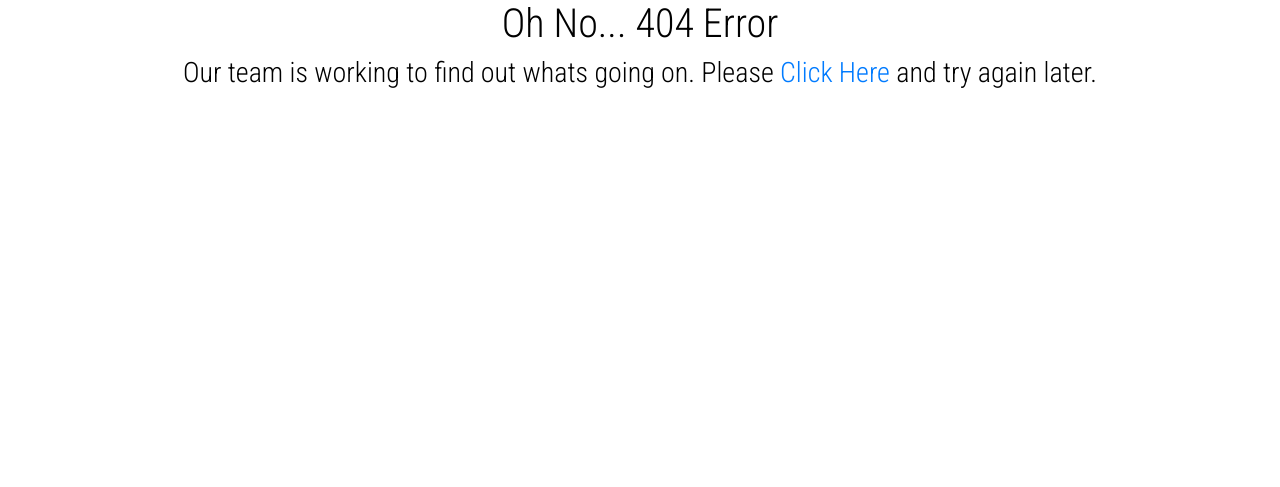
Repository: Code-Institute-Submissions/https-github.com-callendera-Milestone-Project-2
Page: 404.html
The author's editor kept a record of every edit. The page is drawn from the files as they stood at one moment, then again after the next edit.
The browser window is 1280 px wide. The pictures show the whole page.
Some web libraries are served in a nearby version.

Above is the page before.
Console error: TypeError: Cannot read properties of undefined (reading 'fn')

### 404.html
<!DOCTYPE html>
<html lang="en">

<head>
    <meta charset="UTF-8">
    <meta name="viewport" content="width=device-width, initial-scale=1.0">
    <meta http-equiv="X-UA-Compatible" content="ie=edge">
    <title>Fayette County PRIDE</title>


    <link href="https://fonts.googleapis.com/css?family=Amatic+SC:700|Roboto+Condensed:300&display=swap" rel="stylesheet">

    <!--this code provides my Icons-->
    <link rel="stylesheet" href="https://use.fontawesome.com/releases/v5.8.1/css/all.css" integrity="sha384-50oBUHEmvpQ+1lW4y57PTFmhCaXp0ML5d60M1M7uH2+nqUivzIebhndOJK28anvf" crossorigin="anonymous">
    <!--this code allows me to use bootstrap styles and pieces of code-->
    <link rel="stylesheet" href="https://stackpath.bootstrapcdn.com/bootstrap/4.3.1/css/bootstrap.min.css" integrity="sha384-ggOyR0iXCbMQv3Xipma34MD+dH/1fQ784/j6cY/iJTQUOhcWr7x9JvoRxT2MZw1T" crossorigin="anonymous">

    <!--links to my style sheet: style.css-->
    <link rel="stylesheet" href="assets/css/style.css" type="text/css" />




</head>

<body class="text-center">

   <h1>Oh No... 404 Error</h1>

    <h3>Our team is working to find out whats going on. Please <a href="index.html">Click Here</a> and try again later.</h3>


    <!--positioning engine, used throughout webpage-->
    <script src="https://cdnjs.cloudflare.com/ajax/libs/popper.js/1.14.7/umd/popper.min.js " integrity="sha384-UO2eT0CpHqdSJQ6hJty5KVphtPhzWj9WO1clHTMGa3JDZwrnQq4sF86dIHNDz0W1 " crossorigin="anonymous "></script>

    <!--script needed to link my bootstrap javascript classes-->
    <script src="https://stackpath.bootstrapcdn.com/bootstrap/4.3.1/js/bootstrap.min.js " integrity="sha384-JjSmVgyd0p3pXB1rRibZUAYoIIy6OrQ6VrjIEaFf/nJGzIxFDsf4x0xIM+B07jRM " crossorigin="anonymous "></script>


    </div>

    <!-- Modal -->


</body>

</html>

### assets/css/style.css
/** {*/

/*  background: #000 !important;*/

/*  color: #0f0 !important;*/

/*  outline: solid #f00 1px !important;*/

/*}*/

/*--Background Styles--*/

body {
    /*--- basic styles for entire site, white background, black text ---*/
    font-family: 'Roboto Condensed', sans-serif;

    background-color: #ffffff;
    color: black;
    font-size: 20px;
}

footer {
    /*--- background is a darker grey to set it apart from te rest of webpage ---*/
    background-color: #686464;
    color: #ffffff;
    font-size: 12px;
}

/*--- sets background with rainbow gif in 404.html ---*/
.error-body {
    background: url("../images/bounce.gif")repeat center center fixed;
    /*--- sets background for different browsers ---*/
    -webkit-background-size: contain;
    -moz-background-size: contain;
    -o-background-size: contain;
    background-size: contain;

    overflow: hidden;

    align-items: center;
    justify-content: center;
    height: 50vh;
}


.callout-container {
    /*--- FOR ALL BACKGROUND CONTAINERS sets background image for callout container. it is set to not repeat, so the image doesnt stretch, and the image will be centered horizontally and pushed to the top of the container. the background will also not scroll, but remained positioned so things will scroll past it---*/
    background: url("../images/crowd.jpg")no-repeat center center fixed;
    /*--- adjusts background for different browsers ---*/
    -webkit-background-size: cover;
    -moz-background-size: cover;
    -o-background-size: cover;
    background-size: cover;

    /*--- makes the background fit to the container ---*/
    overflow: hidden;

    /*--- aligns and justifies text in container ---*/
    align-items: center;
    justify-content: center;
    /*--- the height that container will take up in the viewport ---*/
    height: 100vh;

}

.involved-container {
    color: black;
    padding-top: 500px;

    /*--- makes the background fit to the container ---*/
    overflow: hidden;

    /*--- aligns and justifies text in container ---*/
    align-items: center;
    justify-content: center;
    /*--- the height that container will take up in the viewport ---*/
    height: 60vh;

}

.opaque-overlay {
    position: absolute;
    top: 0;
    left: 0;
    /*--- size of overlay to just cover background image ---*/
    height: 100%;
    width: 100%;
    /*--- color of background to be grey but almost transparent to make white text stand out ---*/
    background-color: rgba(0, 0, 0, 0.55);

    /*---pulls content forward to be visible on Z-index axis---*/
    z-index: 1;

}

/*--Navbar Styles--*/

.my-navbar {

    /*--- removes margins automatically set by bootstrap ---*/
    margin: 0;
    /*--- removes padding automatically set by bootstrap ---*/
    padding-left: 20px;
    padding-right: 20px;
    padding-bottom: 0;
    padding-top: 0;
    background-color: #ffffff;
    /*--- color of text white ---*/
    height: 150px;
}

.my-navbar-nav {
    /*--- removes padding automatically set by bootstrap ---*/
    padding-left: 30px;
    background-color: #ffffff;


}



.my-nav-link {
    /*--- color of text ---*/
    color: black;
    /*--- color change transition when hovering over my-nav-link ---*/
    transition: all 0.40s ease-in-out;
    -moz-transition: all 0.40s ease-in-out;
    -webkit-transition: all 0.40s ease-in-out;
    -o-transition: all 0.40s ease-in-out;
    /*--- adjustments for each web browser ---*/
}


.my-navbar-toggler {
    /*--- display to fill contents ---*/
    display: contents;
    width: 2em;
    height: 2em;
    /*--- aligns to fit toggler container ---*/
    vertical-align: middle;
    /*--- content aligned according to parent element ---*/
    content: "";
    /*--- toggler doesn't repeat and is center to container ---*/
    background: no-repeat center center;
    /*--- toggler 100% of toggler container ---*/
    background-size: 100% 100%;

    /*--- color of text ---*/
    color: black;
    /*--- removes margins automatically set by bootstrap ---*/
    margin-right: 30px;
}

.my-navbar-toggler-icon {
    /*--- color of icon ---*/
    color: black;

}

.my-navbar-brand {
    /*--- text appears if logo does not, font matches logo ---*/
    font-family: 'Amatic SC', cursive;

}

/*--Buttons--*/

.my-btn {
    /*---blue color--*/
    background-color: #28a74500;
    border-color: #03A9F4;
    color: #03A9F4;
    font-weight: 800;

}

.my-btn:hover {
    /*--- color of background: blue ---*/
    background-color: #03A9F4;
    /*--- when mouse is hovered the button will transition for .40seconds to a darker green color. the color will gradually ease in and then ease out. ---*/
    transition: all 0.40s ease-in-out;
    -moz-transition: all 0.40s ease-in-out;
    -webkit-transition: all 0.40s ease-in-out;
    -o-transition: all 0.40s ease-in-out;
    /*--- adjustments for each web browser ---*/
}

.my-involved-btn {
    background-color: #ffffff;
    border-color: #03A9F4;
    color: #03A9F4;
}

.my-involved-btn:hover {
    /*--- color of background: blue ---*/
    background-color: #03A9F4;
    /*--- when mouse is hovered the button will transition for .40seconds to a darker blue color. the color will gradually ease in and then ease out. ---*/
    transition: all 0.40s ease-in-out;
    -moz-transition: all 0.40s ease-in-out;
    -webkit-transition: all 0.40s ease-in-out;
    -o-transition: all 0.40s ease-in-out;
    /*--- adjustments for each web browser ---*/
}




.volunteer-form {
    padding-top: 200px;
    padding-bottom: 100px;
}

.footer-NPO {
    padding-top: 20px;
}

.footer-social-media {
    padding-left: 20px;
    padding-top: 20px;
}

.footer-social-media i {
    /*---blue color--*/
    color: #03A9F4;
    font-size: 20px;

}

.footer-social-media i:hover {
    /*--- color of background: darker green ---*/
    color: #2567ae;
    /*--- when mouse is hovered the button will transition for .40seconds to a darker green color. the color will gradually ease in and then ease out. ---*/
    transition: all 0.40s ease-in-out;
    -moz-transition: all 0.40s ease-in-out;
    -webkit-transition: all 0.40s ease-in-out;
    -o-transition: all 0.40s ease-in-out;
    /*--- adjustments for each web browser ---*/
}

.social-heading {
    padding-top: 100px;
    font-size: 25px;
}

.social-media i {
    /*---blue color--*/
    color: #03A9F4;
    font-size: 30px;
    padding: 15px;
}

.social-media i:hover {
    /*--- color of background: darker green ---*/
    color: #2567ae;
    /*--- when mouse is hovered the button will transition for .40seconds to a darker green color. the color will gradually ease in and then ease out. ---*/
    transition: all 0.40s ease-in-out;
    -moz-transition: all 0.40s ease-in-out;
    -webkit-transition: all 0.40s ease-in-out;
    -o-transition: all 0.40s ease-in-out;
    /*--- adjustments for each web browser ---*/
}


.my-icon i {
    /*---blue color--*/
    color: #03A9F4;
    font-size: 50px;
}

.my-icon i:hover {
    /*--- color of background: darker blue ---*/
    color: #2567ae;
    /*--- when mouse is hovered the button will transition for .40seconds to a darker blue color. the color will gradually ease in and then ease out. ---*/
    transition: all 0.40s ease-in-out;
    -moz-transition: all 0.40s ease-in-out;
    -webkit-transition: all 0.40s ease-in-out;
    -o-transition: all 0.40s ease-in-out;
    /*--- adjustments for each web browser ---*/
}

/*--- Images ---*/

.involved-div3 {

    background: url("../images/holding.jpg")no-repeat center center;
    /*--- adjusts background for different browsers ---*/
    -webkit-background-size: cover;
    -moz-background-size: cover;
    -o-background-size: cover;
    background-size: cover;

    /*--- makes the background fit to the container ---*/
    overflow: hidden;

    /*--- aligns and justifies text in container ---*/
    align-items: center;
    justify-content: center;

    width: 300px;
    height: 300px;
}

.involved-div2 {

    background: url("../images/vendors.jpg")no-repeat center center;
    /*--- adjusts background for different browsers ---*/
    -webkit-background-size: cover;
    -moz-background-size: cover;
    -o-background-size: cover;
    background-size: cover;

    /*--- makes the background fit to the container ---*/
    overflow: hidden;

    /*--- aligns and justifies text in container ---*/
    align-items: center;
    justify-content: center;

    width: 300px;
    height: 300px;
}

.involved-div1 {

    background: url("../images/rainbow.jpg")no-repeat center center;
    /*--- adjusts background for different browsers ---*/
    -webkit-background-size: cover;
    -moz-background-size: cover;
    -o-background-size: cover;
    background-size: cover;

    /*--- makes the background fit to the container ---*/
    overflow: hidden;

    /*--- aligns and justifies text in container ---*/
    align-items: center;
    justify-content: center;

    width: 300px;
    height: 300px;
}

.involved-padding {
    /*padding-top: 10px;*/
    font-size: 14.3px;
}


.involved-margin {
    margin-top: 40px;
}


.involved-span {
    width: 200px;
    height: 300px;
    background-color: #03A9F4;
    margin: auto;
    color: #ffffff;
}

.event-container {
    padding-top: 80px;
}

.history-div {
    width: 300px;
    margin: auto;
    padding-top: 150px;
}

.group-image-div {

    background: url("../images/group.png")no-repeat center center;
    /*--- adjusts background for different browsers ---*/
    -webkit-background-size: cover;
    -moz-background-size: cover;
    -o-background-size: cover;
    background-size: cover;

    /*--- makes the background fit to the container ---*/
    overflow: hidden;

    /*--- aligns and justifies text in container ---*/
    align-items: center;
    justify-content: center;

    height: 300px;
    width: 800px;


}

.insta1 {
    background: url("../images/day.png")no-repeat center center;
    /*--- adjusts background for different browsers ---*/
    -webkit-background-size: cover;
    -moz-background-size: cover;
    -o-background-size: cover;
    background-size: cover;

    /*--- makes the background fit to the container ---*/
    overflow: hidden;

    /*--- aligns and justifies text in container ---*/
    align-items: center;
    justify-content: center;
}

.insta2 {
    background: url("../images/stonewall.png")no-repeat center center;
    /*--- adjusts background for different browsers ---*/
    -webkit-background-size: cover;
    -moz-background-size: cover;
    -o-background-size: cover;
    background-size: cover;

    /*--- makes the background fit to the container ---*/
    overflow: hidden;

    /*--- aligns and justifies text in container ---*/
    align-items: center;
    justify-content: center;
}

.insta3 {
    background: url("../images/pride2.png")no-repeat center center;
    /*--- adjusts background for different browsers ---*/
    -webkit-background-size: cover;
    -moz-background-size: cover;
    -o-background-size: cover;
    background-size: cover;

    /*--- makes the background fit to the container ---*/
    overflow: hidden;

    /*--- aligns and justifies text in container ---*/
    align-items: center;
    justify-content: center;
}

.insta4 {
    background: url("../images/poster.png")no-repeat center center;
    /*--- adjusts background for different browsers ---*/
    -webkit-background-size: cover;
    -moz-background-size: cover;
    -o-background-size: cover;
    background-size: cover;

    /*--- makes the background fit to the container ---*/
    overflow: hidden;
    /*--- aligns and justifies text in container ---*/
    align-items: center;
    justify-content: center;
}


.insta5 {
    background: url("../images/wrong.png")no-repeat center center;
    /*--- adjusts background for different browsers ---*/
    -webkit-background-size: cover;
    -moz-background-size: cover;
    -o-background-size: cover;
    background-size: cover;

    /*--- makes the background fit to the container ---*/
    overflow: hidden;

    /*--- aligns and justifies text in container ---*/
    align-items: center;
    justify-content: center;
}

.insta6 {
    background: url("../images/sky.png")no-repeat center center;
    /*--- adjusts background for different browsers ---*/
    -webkit-background-size: cover;
    -moz-background-size: cover;
    -o-background-size: cover;
    background-size: cover;

    /*--- makes the background fit to the container ---*/
    overflow: hidden;

    /*--- aligns and justifies text in container ---*/
    align-items: center;
    justify-content: center;
}

.insta-container {
    padding-left: 85px;
}

.insta-div {
    width: 200px;
    height: 200px;
    background-color: black;
    margin-bottom: 40px;
}

/*---------------TIMELINE-------------*/

.time-map-margin {
    margin-top: 40px;
}

.map {
    height: 200px;
}

div#map {

    min-height: 360px;

}

.events-heading {
    margin-top: 80px;
}

.my-timeline-item {
    /*--- removes padding automatically set by bootstrap ---*/
    padding: 4em 2em 0em 2em;
    /*---positioned relative to normal position---*/
    position: relative;
    /*--- creates solid line for timeline ---*/
    border-left: 1px solid;
}

.my-timeline-item p {
    /*--- removes padding automatically set by bootstrap ---*/
    padding: 0;
    /*--- removes margins automatically set by bootstrap ---*/
    margin: 0;
}

/*--- 'before' sets dates ---*/

.my-timeline-item:before {
    /*--- timeline displays dates to and the attribute sets them to be in order ---*/
    content: attr(data-dates);
    position: absolute;
    left: 2.5em;
    top: 3em;
    display: block;
    font-weight: 500;
    font-size: 0.8em;
    /*--- removes padding automatically set by bootstrap ---*/
    padding: 0;
    /*--- removes margins automatically set by bootstrap ---*/
    margin: 0;
}

/*--- 'after sets dots  ---*/

.my-timeline-item:after {
    width: 12px;
    height: 12px;
    display: block;
    top: 2.4em;
    /*---positioned relative to the nearest positioned ancestor---*/
    position: absolute;
    left: -6px;
    border-radius: 12px;
    content: '';
    background-color: black;
}

.my-timeline {
    /*--- removes padding automatically set by bootstrap ---*/
    padding-left: 100px;
    padding-top: 20px;
    padding-right: 50px;
    padding-bottom: 20px;

    z-index: 2;
}



/*---MISC.--*/

.app-heading {
    /*--- application heading for volunteer.html page ---*/
    padding-bottom: 30px;
}

.contact-info {
    /*--- gives space at the top of the footer ---*/
    padding-top: 20px;
}

.my-block-divider {
    width: 250px;
    height: 3px;
    /*--- no outline on divider ---*/
    border: 0;
    /*--- color of block divider, grey and slightly transparent ---*/
    background-color: #ffeb3b;
}

.my-alert {
    color: #ffeb3b;
    font-weight: bold;
}

.my-text-box {
    padding: 25px;
}

.myform {
    width: 250px;
    margin: auto;
}

.my-jumbotron {
    height: 630px;
    width: 325px;

    margin-left: 25.100px;
    margin-right: 25.100px;
    margin-top: 120px;
    font-size: 40px;

}

.involved-container {
    padding: 0px;
}

.cover-heading {
    font-family: 'Amatic SC', cursive;
    font-size: 100px;
    padding-top: 100px;

}

/*---Media Queries--*/

    /*--- adjustemnts for different screensizes, small-->big all features tested on google chrome inspect ---*/

@media (min-width: 576px) {
    .my-navbar-nav {
        padding-left: 0px;
    }
    .my-navbar {
        font-size: 13px;
    }
    .opaque-overlay {
        height: 60vh;

    }

    .involved-container {
        padding: 0px;
    }

    .involved-span {
        padding-top: 60px;
    }

    .my-jumbotron {
        width: 500px;
        margin-left: 38px;
        margin-right: 38px;
        margin-top: 90px;
    }
    .myform {
        width: 400px;
    }

    .insta-div {
        height: 130px;
        width: 130px;
        margin: 10px;
    }

    .insta-container {
        margin: auto;
        padding-left: 60px;
        padding-right: 60px;
    }

}

@media (min-width: 768px) {

    .insta-div {
        height: 170px;
        width: 170px;
        margin: 10px;
    }

    .insta-container {
        margin: auto;
        padding-left: 90px;
        padding-right: 60px;
    }

    .involved-padding {
        padding-top: 40px;
    }

    .involved-span {
        padding-top: 30px;

    }
    .history-div {
        width: 600px;

        padding-top: 150px;

    }

    .my-jumbotron {
        width: 600px;
        margin-left: 84px;
        margin-right: 84px;
        margin-top: 100px;
    }

    .myform {
        width: 500px;
        margin: auto;
    }
}

@media (min-width: 992px) {

    .my-jumbotron {
        width: 900px;
        margin-left: 46px;
        margin-right: 46px;
        margin-top: 85px;
    }

    .myform {
        width: 800px;
    }

    .my-navbar {
        font-size: 20px;
    }

    .involved-margin {
        margin-left: 150px;
        margin-right: 150px;
        margin-top: 40px;

    }

    .involved-span {
        padding-top: 30px;
        background-color: #03A9F4;
        margin-top: 200px;
        color: #ffffff;
    }

    .history-div {
        width: 600px;

        padding-top: 150px;

    }

    .insta-div {

        margin: 40px;
    }


}

@media (min-width: 1200px) {

    .opaque-overlay {
        height: 90vh;

    }

    .my-jumbotron {

        width: 1150px;
        margin: auto;
        margin-top: 100px;

    }


    .history-div {
        width: 600px;

        padding-top: 150px;
        margin: auto;
    }



    .involved-margin {
        margin-left: 140px;
        margin-right: 250px;
        margin-top: 40px;
        width: 850px;
    }



    .involved-span {

        background-color: #03A9F4;
        margin-top: 200px;
        color: #ffffff;
    }

    .involved-div1 {
        width: 300px;
        height: 300px;
    }
    .involved-div2 {
        width: 300px;
        height: 300px;
    }
    .involved-div3 {
        width: 300px;
        height: 300px;
    }

    .myform {
        width: 1100px;
        margin: auto;
    }

    .involved-padding {
        padding-right: 15px;
        padding-left: 15px;
        padding-top: 40px;
    }


    .my-block-divider {
        width: 300px;

    }

    .insta-div {
        width: 250px;
        height: 250px;
        background-color: black;
        margin: 40px;
    }
}

After the next edit:
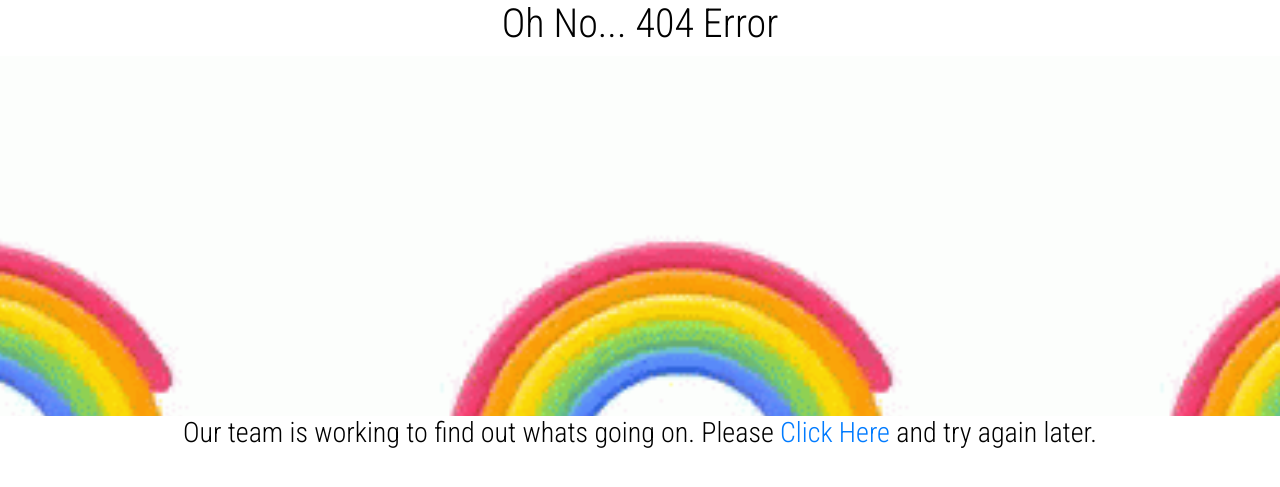
The edit:
--- a/404.html
+++ b/404.html
@@ -26,7 +26,9 @@
 <body class="text-center">
 
    <h1>Oh No... 404 Error</h1>
+   <div class="error-body">
 
+   </div>
     <h3>Our team is working to find out whats going on. Please <a href="index.html">Click Here</a> and try again later.</h3>
 
 
